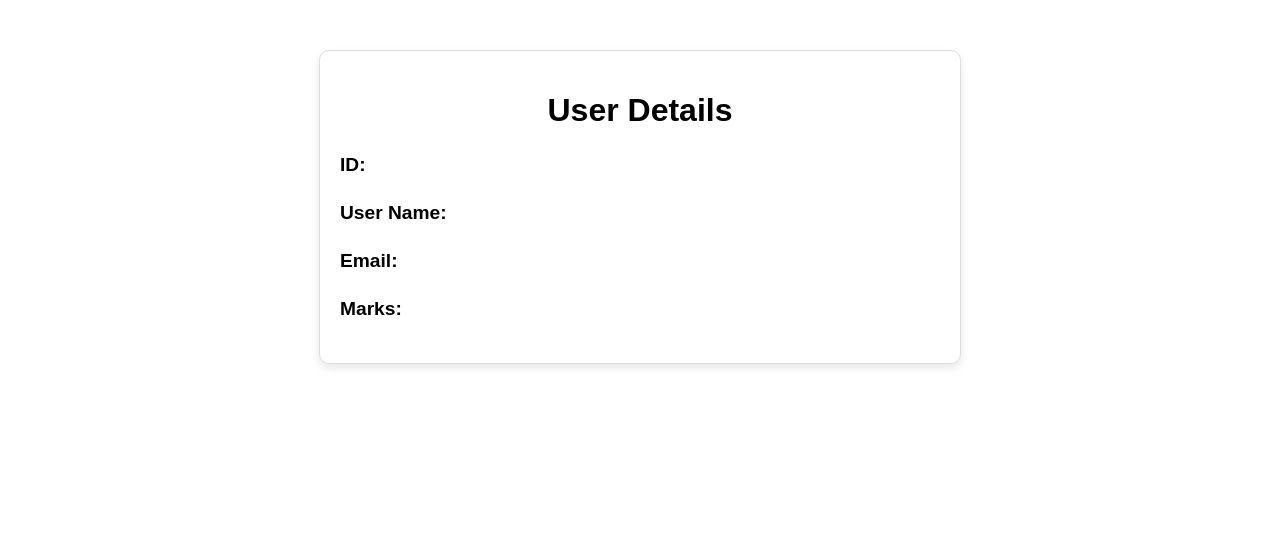
Repository: chetanchavan30/Optifyx
Page: http://localhost/OnlineExaminationSystem/view.jsp
These files come from the project's save history. The page is drawn as it stood at one moment and after the next save; the edit follows.
The browser window is 1280 px wide. The pictures show the whole page.
The page is served by Tomcat 10. Other server files are loaded and not shown.

Above is the page before, as saved 2025-01-25 19:16:40.

### OnlineExaminationSystem/src/main/webapp/view.jsp
<!DOCTYPE html>
<html lang="en">
<head>
    <meta charset="UTF-8">
    <meta name="viewport" content="width=device-width, initial-scale=1.0">
    <title>User Details</title>
    <style>
        .container {
            max-width: 600px;
            margin: 50px auto;
            padding: 20px;
            border: 1px solid #ddd;
            border-radius: 10px;
            box-shadow: 0 4px 8px rgba(0, 0, 0, 0.1);
            font-family: Arial, sans-serif;
        }
        .container h1 {
            text-align: center;
        }
        .user-details {
            margin-top: 20px;
        }
        .user-details p {
            font-size: 1.2rem;
            line-height: 1.5;
        }
    </style>
</head>
<body>
    <div class="container">
        <h1>User Details</h1>
        <div class="user-details">
            <p><strong>ID:</strong> ${user.uId}</p>
            <p><strong>User Name:</strong> ${user.userName}</p>
            <p><strong>Email:</strong> ${user.email}</p>
            <p><strong>Marks:</strong> ${user.marks}</p>
        </div>
    </div>
</body>
</html>

### OnlineExaminationSystem/src/main/webapp/styles.css
@charset "UTF-8";
/* General Styles */
body {
	font-family: Arial, sans-serif;
	background-color: #f4f4f4;
	display: flex;
	justify-content: center;
	align-items: center;
	height: 100vh;
	margin: 0;
}

.form-container {
	background-color: #fff;
	padding: 30px;
	border-radius: 8px;
	box-shadow: 0 4px 8px rgba(0, 0, 0, 0.1);
	width: 300px;
}

.form-container h2 {
	text-align: center;
	margin-bottom: 20px;
}

.form-container input {
	width: 100%;
	padding: 10px;
	margin: 10px 0;
	border: 1px solid #ccc;
	border-radius: 5px;
}

.form-container button {
	width: 100%;
	padding: 10px;
	background-color: #4CAF50;
	color: white;
	border: none;
	border-radius: 5px;
	cursor: pointer;
}

.form-container button:hover {
	background-color: #45a049;
}

.form-container .links {
	text-align: center;
	margin-top: 10px;
}

.form-container .links a {
	color: #4CAF50;
	text-decoration: none;
}

.form-container .links a:hover {
	text-decoration: underline;
}

.container {
	text-align: center;
	background: white;
	padding: 2rem;
	border-radius: 10px;
	box-shadow: 0 4px 8px rgba(0, 0, 0, 0.1);
}

.container h1 {
	margin-bottom: 1.5rem;
}

.link-button {
	display: inline-block;
	margin: 0.5rem;
	padding: 0.75rem 1.5rem;
	font-size: 1rem;
	color: white;
	background-color: #4CAF50;
	text-decoration: none;
	border-radius: 5px;
	transition: background-color 0.3s;
}

.link-button:hover {
	background-color: #45a049;
}

After the next save:
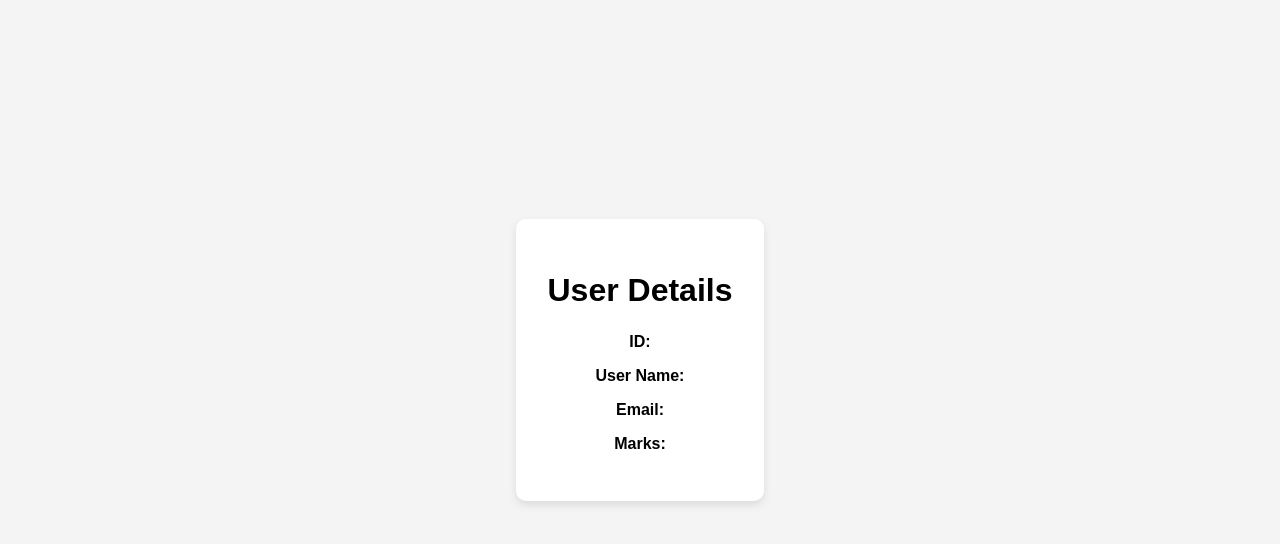
Saved 3 min 45 s later.
--- a/OnlineExaminationSystem/src/main/webapp/view.jsp
+++ b/OnlineExaminationSystem/src/main/webapp/view.jsp
@@ -4,27 +4,8 @@
     <meta charset="UTF-8">
     <meta name="viewport" content="width=device-width, initial-scale=1.0">
     <title>User Details</title>
-    <style>
-        .container {
-            max-width: 600px;
-            margin: 50px auto;
-            padding: 20px;
-            border: 1px solid #ddd;
-            border-radius: 10px;
-            box-shadow: 0 4px 8px rgba(0, 0, 0, 0.1);
-            font-family: Arial, sans-serif;
-        }
-        .container h1 {
-            text-align: center;
-        }
-        .user-details {
-            margin-top: 20px;
-        }
-        .user-details p {
-            font-size: 1.2rem;
-            line-height: 1.5;
-        }
-    </style>
+        <link rel="stylesheet" href="styles.css">
+
 </head>
 <body>
     <div class="container">
